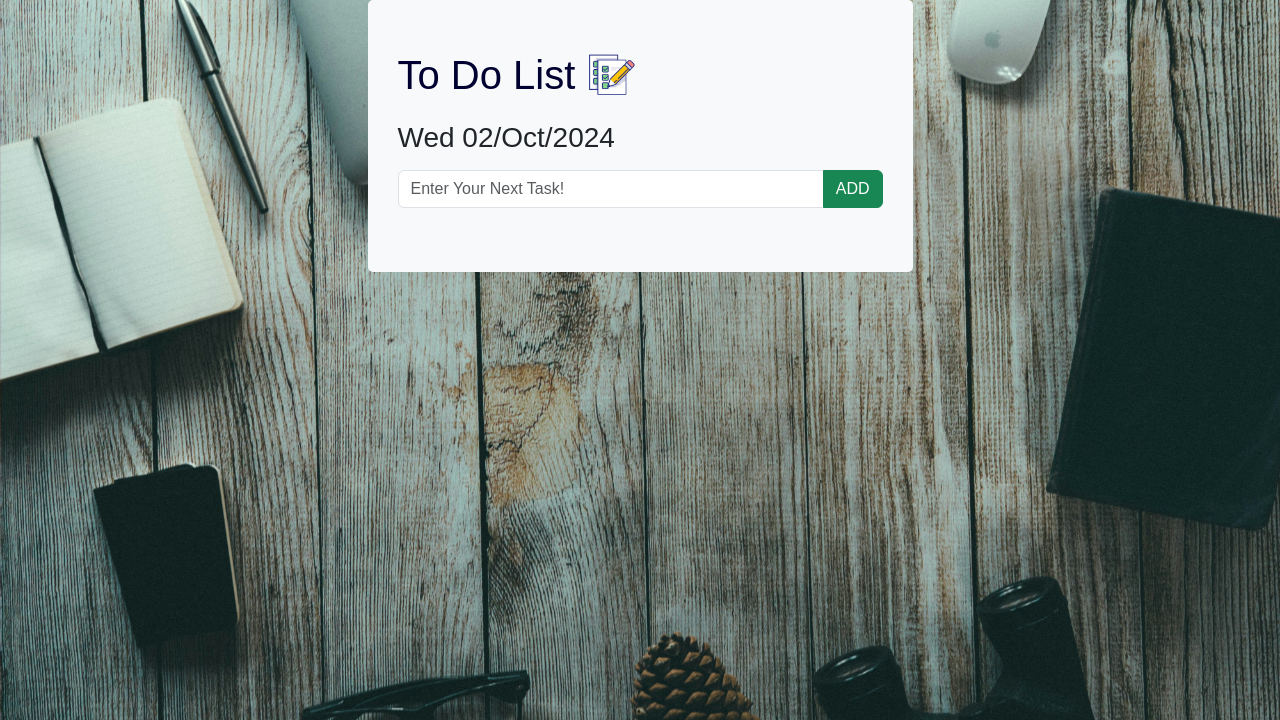
Repository: zeinawady/To_Do_List
Page: index.html
The author's editor kept a copy of each file at every save. The page is drawn from the files as they stood at one save, then again after a run of saves.
The browser window is 1280 px wide. The pictures show the whole page.
Some web libraries are served in a nearby version.

Above is the page before, as saved 2024-10-02 02:49:11.

### index.html
<!DOCTYPE html>
<html lang="en">

<head>
    <meta charset="UTF-8">
    <meta name="viewport" content="width=device-width, initial-scale=1.0">
    <title>To Do list</title>
    <link href="https://cdn.jsdelivr.net/npm/bootstrap@5.3.3/dist/css/bootstrap.min.css" rel="stylesheet" integrity="sha384-QWTKZyjpPEjISv5WaRU9OFeRpok6YctnYmDr5pNlyT2bRjXh0JMhjY6hW+ALEwIH" crossorigin="anonymous">
    <link rel="stylesheet" href="https://cdnjs.cloudflare.com/ajax/libs/font-awesome/6.6.0/css/all.min.css" integrity="sha512-Kc323vGBEqzTmouAECnVceyQqyqdsSiqLQISBL29aUW4U/M7pSPA/gEUZQqv1cwx4OnYxTxve5UMg5GT6L4JJg==" crossorigin="anonymous" referrerpolicy="no-referrer" />
    <link rel="stylesheet" href="css/style.css">
</head>

<body>
<div class="app">
    <div class="container">
        <div class="todo-app bg-body-tertiary m-auto py-5">
            <h1>To Do List <img src="images/todolistpng.png" alt="to-do-list" class="logo"></h1>
           <h3 id="date"></h3>
            <div class="input-group mb-3">
                <input type="text"  class="form-control" id="input-box" placeholder="Enter Your Next Task!" aria-label="Enter Your Next Task!" aria-describedby="button">
                <button class="btn btn-success" onclick="addTask()">ADD</button>

            </div>
            <ul id="list-container">
                <!-- <li class="checked">Task 0</li>
                <li>Task 1</li> -->
            </ul>
        </div>

</div>
    </div>
    <script src="https://cdn.jsdelivr.net/npm/bootstrap@5.3.3/dist/js/bootstrap.bundle.min.js" integrity="sha384-YvpcrYf0tY3lHB60NNkmXc5s9fDVZLESaAA55NDzOxhy9GkcIdslK1eN7N6jIeHz" crossorigin="anonymous"></script>
    <script src="script.js"></script>
</body>

</html>

### css/style.css
* {
    margin: 0;
    padding: 0;
    box-sizing: border-box;
    font-family: Arial, Helvetica, sans-serif;
}

:root {
    --font-color: rgb(1, 1, 49);
}

li {
    list-style: none;
}
.app{
    background-image: url(../images/background3.jpg);
    background-position: center;
    background-size: cover;
    background-repeat: no-repeat;
    height: 100vh;
}

.todo-app {
    max-width: 545px;
    /* background-color: rgb(247, 247, 247); */
    /* margin: 100px auto; */
    padding: 40px 30px 70px;
    border-radius: 5px;
    transition: 0.5s;
}

.todo-app:hover {
    box-shadow: 4px 5px rgb(114, 114, 114);

}

.todo-app h1 {
    color: var(--font-color);
    display: flex;
    align-items: center;
    margin-bottom: 20px;

}
#date{
    margin-bottom: 15px;
}

.logo {
    width: 53px;
    margin-left: 10px;
}

.form {
    background-color: #efe2e2;
    border-radius: 10px;
}


ul li {
    position: relative;
    font-size: 17px;
    padding: 12px 2px 12px 40px;
    user-select: none;
    cursor: pointer;
}

ul li::before {
    content: '';
    position: absolute;
    height: 28px;
    width: 28px;
    border-radius: 50%;
    background-image: url(../images/unchecked.png);
    background-size: cover;
    background-position: center;
    left: 1px;
    top: 8px;
}

ul li.checked {
    color: #555;
    text-decoration: line-through;

}

ul li.checked::before {
    color: #666;
    background-image: url(../images/checked.png);
}

ul li span {
    position: absolute;
    right: 0;
    top: 10px;
    font-size: 20px;
    color: #555;
}

ul li button{
    position: absolute;
    right: 35px;
    top: 2px;

}

### script.js
let listContainer = document.getElementById("list-container");
let inputBox = document.getElementById("input-box");
let currentDate = document.getElementById("date");
function addTask() {
    if (inputBox.value === '') {
        alert("No Task Added!");
    }
    else {
        let li = document.createElement("li");
        li.innerHTML = inputBox.value;
        listContainer.appendChild(li);
        let xSign = document.createElement("span");
        // xSign.innerHTML = '\u00d7';  // x sign code
        xSign.classList.add('fa-solid','fa-trash')
        li.appendChild(xSign);

        let editBtn = document.createElement("button");
        editBtn.classList.add('btn', 'btn-outline-success', 'fas', 'fa-edit');
        li.appendChild(editBtn);
    }
    inputBox.value = "";  //so that input text become empty again
    saveTask();

}

inputBox.addEventListener("keydown", function (e) {
    if (e.key === "Enter") {
        e.preventDefault();
        addTask();
    }
});

listContainer.addEventListener("click", function (e) {
    //e is the event object contains info about event & target element that was clicked.
    if (e.target.tagName === "LI") {
        e.target.classList.toggle("checked");
        saveTask();
    }
    else if (e.target.tagName === "SPAN") {
        e.target.parentElement.remove();
        saveTask();

    }
    else if (e.target.tagName === "BUTTON") {
        let li = e.target.parentElement;
        let currentTask = li.firstChild.textContent;
        let newTask = prompt("Edit Your Task: ", currentTask);
        if (newTask !== null && newTask.trim() !== "") {
            li.firstChild.textContent = newTask;
            saveTask();
        }
    }
})

function saveTask() {
    localStorage.setItem("Task", listContainer.innerHTML);
}
function showTask() {
    listContainer.innerHTML = localStorage.getItem("Task");
}
showTask();

function displayDate() {
    let date = new Date();
    date = date.toString().split(" ");
    currentDate.innerHTML = date[0] + " " + date[2] + '/' + date[1] + '/' + date[3];
    console.log();
}
window.onload = displayDate();

After the next 3 saves:
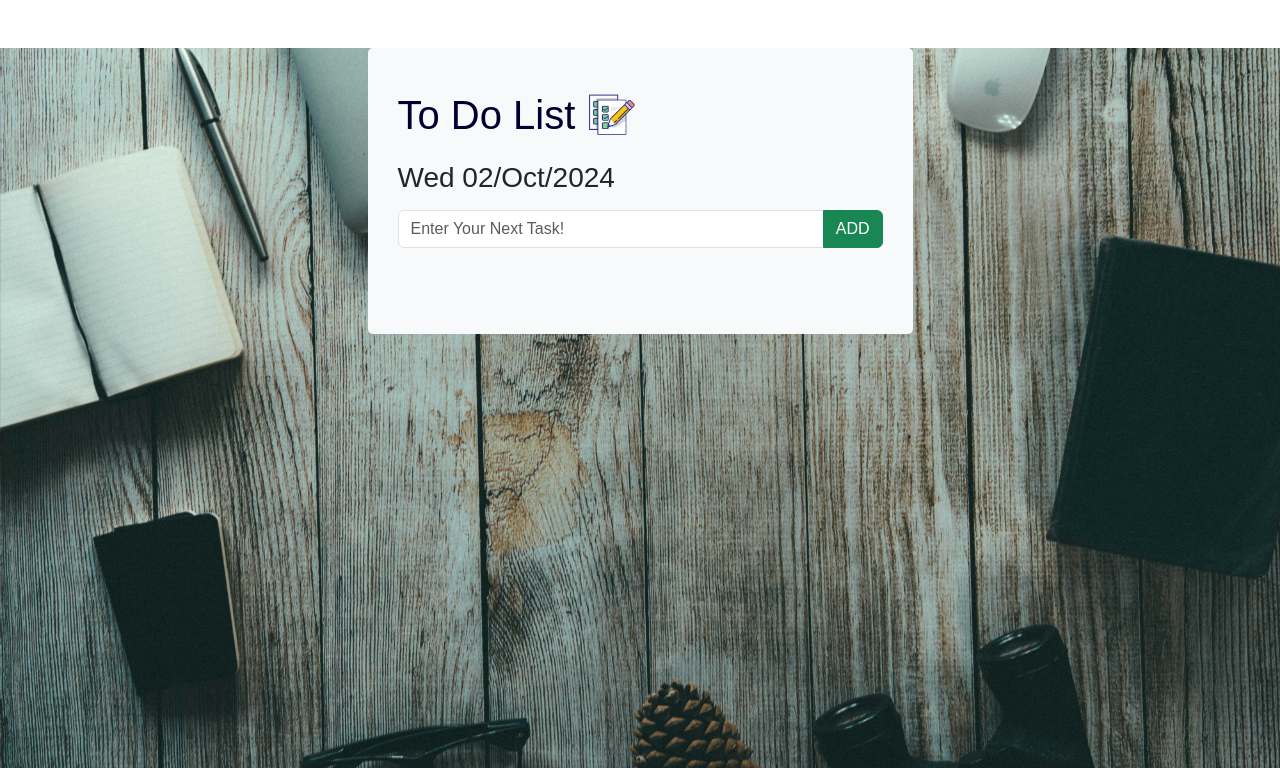
The 3 saves are shown as one change because they came seconds apart.
The last was saved 11 s later.
--- a/index.html
+++ b/index.html
@@ -13,7 +13,7 @@
 <body>
 <div class="app">
     <div class="container">
-        <div class="todo-app bg-body-tertiary m-auto py-5">
+        <div class="todo-app bg-body-tertiary m-auto mt-5">
             <h1>To Do List <img src="images/todolistpng.png" alt="to-do-list" class="logo"></h1>
            <h3 id="date"></h3>
             <div class="input-group mb-3">

After the 4 saves that followed:
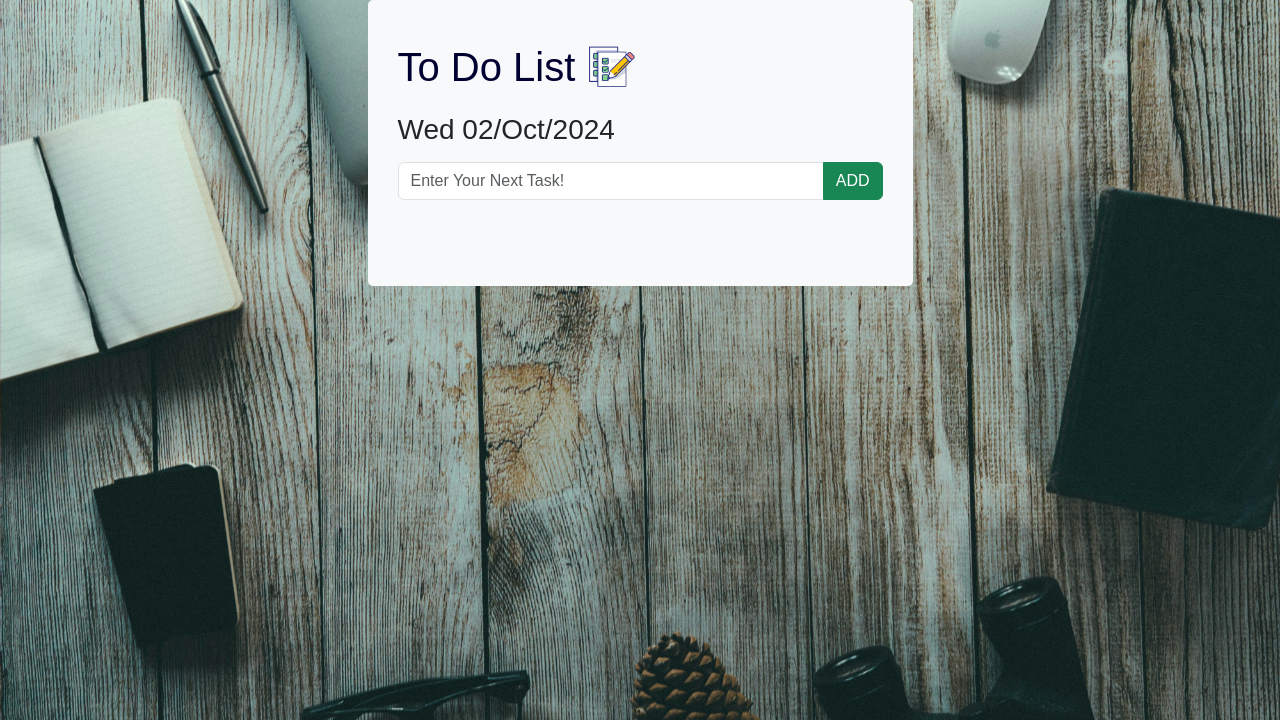
The 4 saves are shown as one change because they came seconds apart.
The last was saved 10 s later.
--- a/index.html
+++ b/index.html
@@ -13,7 +13,7 @@
 <body>
 <div class="app">
     <div class="container">
-        <div class="todo-app bg-body-tertiary m-auto mt-5">
+        <div class="todo-app bg-body-tertiary m-auto">
             <h1>To Do List <img src="images/todolistpng.png" alt="to-do-list" class="logo"></h1>
            <h3 id="date"></h3>
             <div class="input-group mb-3">
